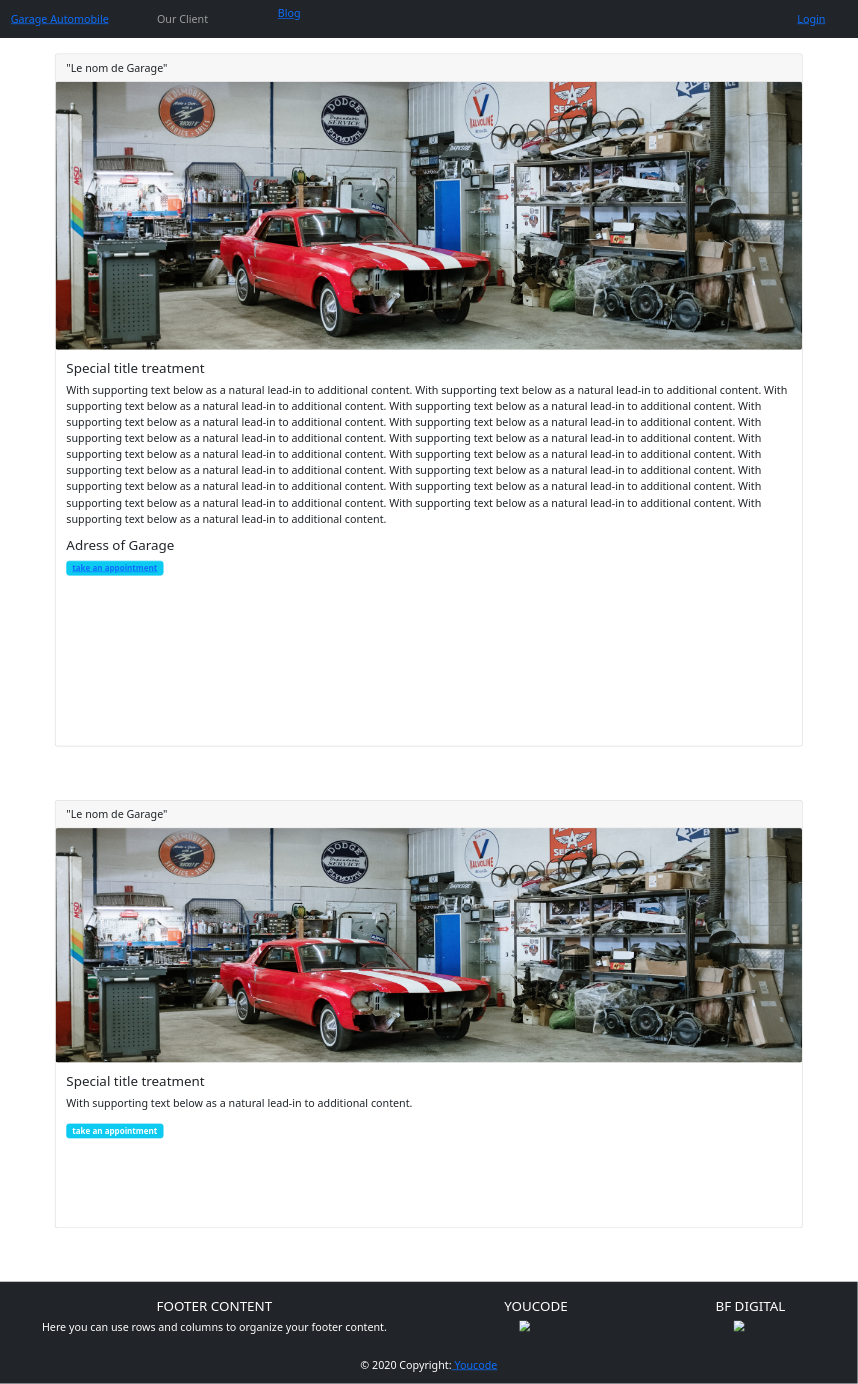
Repository: abdelhak-f/Fil-Rouge
Page: /Blog (app in client/)
An editor plug-in stored every save of this project. The page is shown before and after the next save, followed by the edit.
The browser window is 1280 px wide. The pictures show the whole page, at 67% of full size.
The project was rebuilt for these pictures with package versions that can differ from the ones it lists, and the page was loaded fresh each time. Also part of the build but not shown: client/src/components/Text.jsx, client/src/components/forms/FirstFrontForm.jsx, client/src/components/Body.jsx, client/src/components/forms/FormGarage.jsx, client/src/components/loged/login/Login.jsx, client/src/components/loged/register/Register.jsx.

Above is the page before, as saved 2021-09-10 17:42:40.

### client/public/index.html
<!DOCTYPE html>
<html lang="en">
  <head>
    <meta charset="utf-8" />
    <link rel="icon" href="%PUBLIC_URL%/favicon.ico" />
    <meta name="viewport" content="width=device-width, initial-scale=1" />
    <meta name="theme-color" content="#000000" />
    <meta
      name="description"
      content="Web site created using create-react-app"
    />
    <!--   import bootstrao  -->
    <link
  rel="stylesheet"
  href="https://cdn.jsdelivr.net/npm/bootstrap@5.1.0/dist/css/bootstrap.min.css"
  integrity="sha384-KyZXEAg3QhqLMpG8r+8fhAXLRk2vvoC2f3B09zVXn8CA5QIVfZOJ3BCsw2P0p/We"
  crossorigin="anonymous"
  />

    <link rel="apple-touch-icon" href="%PUBLIC_URL%/logo192.png" />
    <!--
      manifest.json provides metadata used when your web app is installed on a
      user's mobile device or desktop. See https://developers.google.com/web/fundamentals/web-app-manifest/
    -->
    <link rel="manifest" href="%PUBLIC_URL%/manifest.json" />
    <!--
      Notice the use of %PUBLIC_URL% in the tags above.
      It will be replaced with the URL of the `public` folder during the build.
      Only files inside the `public` folder can be referenced from the HTML.

      Unlike "/favicon.ico" or "favicon.ico", "%PUBLIC_URL%/favicon.ico" will
      work correctly both with client-side routing and a non-root public URL.
      Learn how to configure a non-root public URL by running `npm run build`.
    -->
    <title>React App</title>
  </head>
  <body>
    <noscript>You need to enable JavaScript to run this app.</noscript>
    <div id="root"></div>
    <!--
      This HTML file is a template.
      If you open it directly in the browser, you will see an empty page.

      You can add webfonts, meta tags, or analytics to this file.
      The build step will place the bundled scripts into the <body> tag.

      To begin the development, run `npm start` or `yarn start`.
      To create a production bundle, use `npm run build` or `yarn build`.
    -->
  </body>
</html>

### client/src/index.js
import React from 'react';
import ReactDOM from 'react-dom';
import './index.css';
import App from './App';
import reportWebVitals from './reportWebVitals';

// import bootstrap
import 'bootstrap/dist/css/bootstrap.min.css';

ReactDOM.render(
  <React.StrictMode>
    <App />
  </React.StrictMode>,
  document.getElementById('root')
);

// If you want to start measuring performance in your app, pass a function
// to log results (for example: reportWebVitals(console.log))
// or send to an analytics endpoint. Learn more: https://bit.ly/CRA-vitals
reportWebVitals();

### client/src/App.js
// import './App.css';
import React from 'react';

import Navbar from './components/Nnavbar';
import Body from './components/Body';
import Footer from './components/Footer';
import Blog from './components/Blog';
import FormGarage from './components/forms/FormGarage'
import Login from './components/loged/login/Login';
import Register from './components/loged/register/Register';

import { BrowserRouter as Router, Switch, Route } from 'react-router-dom';






function App() {
  return (


    <>
<Router>

     <Navbar />




    <Switch>
    <Route  path="/" exact component={Body} />
    <Route  path="/Blog" component={Blog} />
    <Route  path="/FormGarage" component={FormGarage} />
    <Route  path="/login" component={Login} />
    <Route  path="/register" component={Register} />
    </Switch>

    <Footer/>
</Router>
    </>

  );
}

export default App;

### client/src/components/Nnavbar.jsx
import React from 'react';
import { NavLink } from 'react-router-dom';

import * as ReactBootstrap from 'react-bootstrap';









function Navbar() {
    return(
      <>

            <ReactBootstrap.Navbar className="mb-5" collapseOnSelect expand="lg" bg="dark" variant="dark" fixed="top">

 <NavLink className="mx-3" to="/">Garage Automobile</NavLink>
 <ReactBootstrap.Navbar.Toggle aria-controls="responsive-navbar-nav" />
 <ReactBootstrap.Navbar.Collapse id="responsive-navbar-nav">
   <ReactBootstrap.Nav className="me-auto">
     <ReactBootstrap.Nav.Link className="mx-5" href="#features">Our Client</ReactBootstrap.Nav.Link>
     <NavLink  className="px-5" to="/blog">Blog</NavLink>
     {/* <ReactBootstrap.NavDropdown title="Dropdown" id="collasible-nav-dropdown">
       <ReactBootstrap.NavDropdown.Item href="#action/3.1">Action</ReactBootstrap.NavDropdown.Item>
       <ReactBootstrap.NavDropdown.Item href="#action/3.2">Another action</ReactBootstrap.NavDropdown.Item>
       <ReactBootstrap.NavDropdown.Item href="#action/3.3">Something</ReactBootstrap.NavDropdown.Item>
       <ReactBootstrap.NavDropdown.Divider />
       <ReactBootstrap.NavDropdown.Item href="#action/3.4">Separated link</ReactBootstrap.NavDropdown.Item>
     </ReactBootstrap.NavDropdown> */}
   </ReactBootstrap.Nav>
   <ReactBootstrap.Nav>
     <NavLink  className="px-5"  to="/login"> Login</NavLink>
     {/* <ReactBootstrap.Nav.Link eventKey={2} href="#memes">
       Admin
     </ReactBootstrap.Nav.Link> */}
   </ReactBootstrap.Nav>
 </ReactBootstrap.Navbar.Collapse>

</ReactBootstrap.Navbar>





</>

    )
}

export default Navbar ;

### client/src/components/Footer.jsx
import React from "react";


function Footer () {
    return(
<footer  className="pt-4 page-footer font-small blue bg-dark ">
    <div className="text-center container-fluid text-md-left ">
        <div className="row">
            <div className="mt-3 text-white col-md-6 mt-md-0">
                <h5 className=" text-uppercase">Footer Content</h5>
                <p >Here you can use rows and columns to organize your footer content.</p>
            </div>

            <hr className="clearfix pb-0 w-100 d-md-none"/>

            <div className="mb-3 col-md-3 mb-md-0">
                <h5 className="text-white text-uppercase">Youcode</h5>
                <img src="" alt="logo" width={300} /></div>

            <div className="mb-3 col-md-3 mb-md-0">
                <h5 className="text-white text-uppercase " >BF Digital</h5>
                <img src="" alt="logo" width={300} />
            </div>
        </div>
    </div>

    <div className="py-3 text-center text-white footer-copyright " >© 2020 Copyright:
        <a href="https://www.youcode.ma/"> Youcode</a>
    </div>

</footer>
)

}

export default Footer

### client/src/components/Blog.jsx
import React from 'react'
import './css/style.css';
// import { BrowserRouter as Router, Switch, Route } from 'react-router-dom';
import { NavLink } from 'react-router-dom';
import { Container, Card, Button, Col, Row } from 'react-bootstrap';
import image from '../images/image.jpg';
// import FormGarage from './forms/FormGarage'



function Blog() {
  return (
        <>
     <Container  className="Blog" >
         {/* first blog */}
         <Card >
           <Card.Header  >"Le nom de Garage"  </Card.Header>
            <Card.Img
            style={{ height: '400px', weiht: '500px' }}
             src={image} />
            <Card.Body>
            <Card.Title>Special title treatment</Card.Title>
            <Card.Text>
                 With supporting text below as a natural lead-in to additional content.
                 With supporting text below as a natural lead-in to additional content.
                 With supporting text below as a natural lead-in to additional content.
                 With supporting text below as a natural lead-in to additional content.
                 With supporting text below as a natural lead-in to additional content.
                 With supporting text below as a natural lead-in to additional content.
                 With supporting text below as a natural lead-in to additional content.
                 With supporting text below as a natural lead-in to additional content.
                 With supporting text below as a natural lead-in to additional content.
                 With supporting text below as a natural lead-in to additional content.
                 With supporting text below as a natural lead-in to additional content.
                 With supporting text below as a natural lead-in to additional content.
                 With supporting text below as a natural lead-in to additional content.
                 With supporting text below as a natural lead-in to additional content.
                 With supporting text below as a natural lead-in to additional content.
                 With supporting text below as a natural lead-in to additional content.
                 With supporting text below as a natural lead-in to additional content.
            </Card.Text>
            <Card.Title>Adress of Garage</Card.Title>
            <Button as='Col' className="badge" variant="info">
              <NavLink to="/FormGarage" >take an appointment</NavLink>
            </Button>

           </Card.Body>
        </Card>

        <Card className="Blog">
           <Card.Header  >"Le nom de Garage"  </Card.Header>
            <Card.Img
             style={{ height: '350px', weiht: '500px' }}
            src={image} />
            <Card.Body>
            <Card.Title>Special title treatment</Card.Title>
            <Card.Text>
                 With supporting text below as a natural lead-in to additional content.
            </Card.Text>

            <Row>
               <Col>
               <Button className="badge" variant="info">take an appointment</Button>
               </Col>
               <Col>
               {/* <>Special title treatment</> */}
               </Col>
            </Row>
           </Card.Body>
        </Card>

        {/* second blog */}

     </Container>




{/* <Router>
    <Switch>
     <Route  path="/" component={FormGarage} />
    </Switch>

</Router> */}

</>

  )

}

export default Blog

### client/src/components/css/style.css

.Blog {
    margin-top: 5rem;
    margin-bottom: 5rem;
  }
  .Login{
    margin-top: 5rem;
    margin-bottom: 5rem;
    margin-left: 25%;
    margin-right: 25%;
  }

  .form-inline {
      margin-top:  5%;
      width: 80%;
      height: 5%;
  }
  .btn{
      margin-bottom: 22%;
  }

Loaded but not shown: client/src/index.css (common file); client/src/reportWebVitals.js (common file)

After the next save:
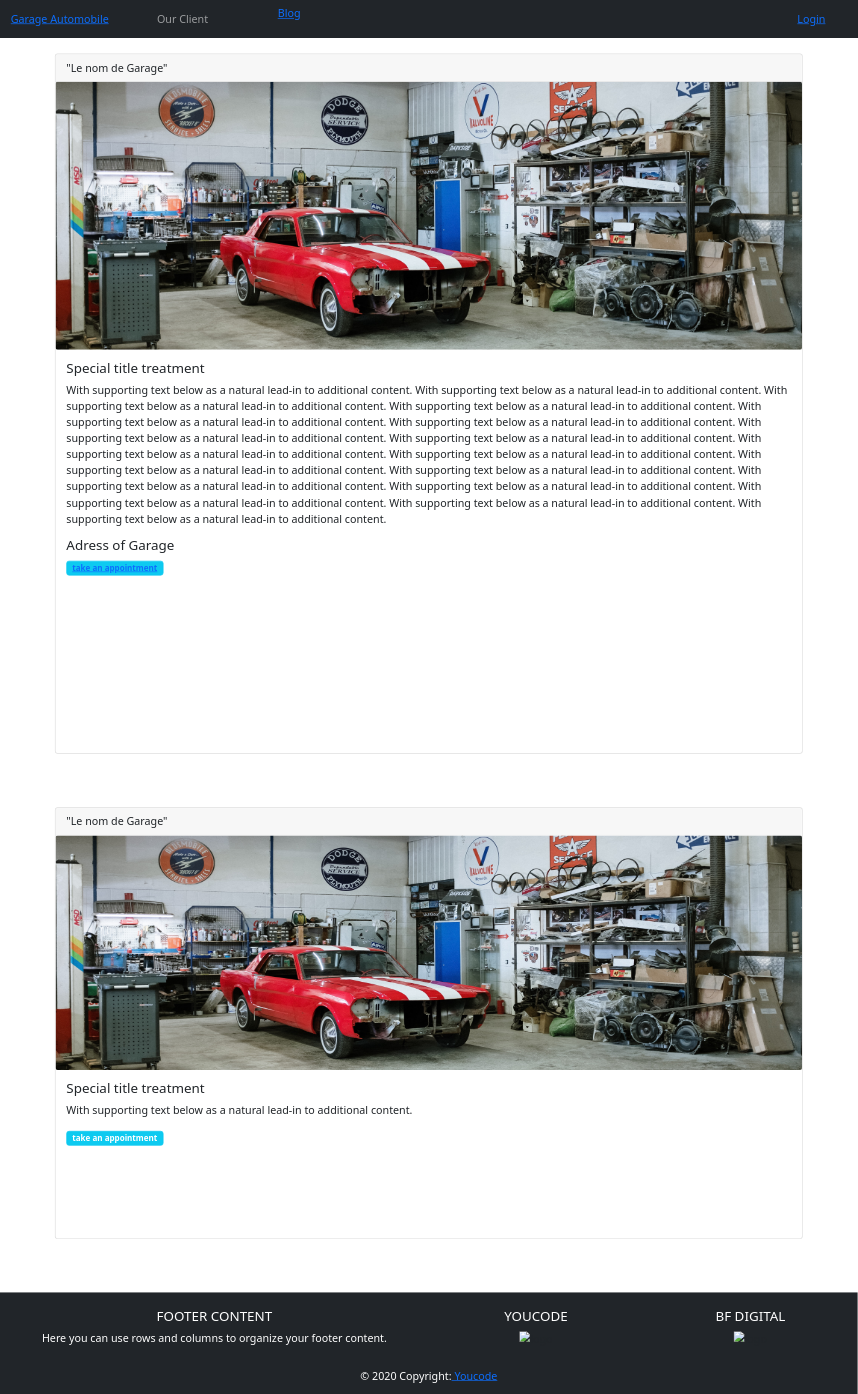
Saved 5 s later.
--- a/client/src/components/css/style.css
+++ b/client/src/components/css/style.css
@@ -16,5 +16,5 @@
       height: 5%;
   }
   .btn{
-      margin-bottom: 22%;
+      margin-bottom: 23%;
   }
